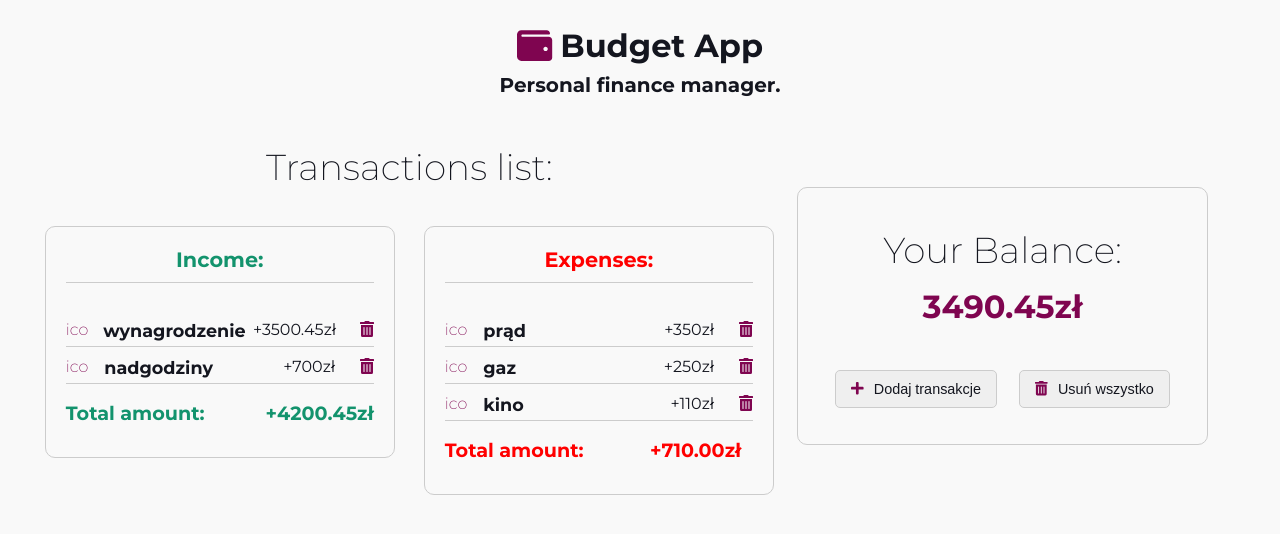
Repository: KrzysKolo/sr_tydzien4_zad4
Page: /
An editor plug-in stored every save of this project. The page is shown before and after the next save, followed by the edit.
The browser window is 1280 px wide. The pictures show the whole page.
Some web libraries are served in a nearby version. The project was rebuilt for these pictures with package versions that can differ from the ones it lists, and the page was loaded fresh each time. Also part of the build but not shown: src/components/budgetComponents/sectionComponents/Cat.js, src/components/budgetComponents/formComponents/Header.js, src/components/budgetComponents/formComponents/ErrorMessage.js, src/components/budgetComponents/formComponents/Input.js, src/components/budgetComponents/formComponents/Select.js.

Above is the page before, as saved 2020-12-10 11:54:19.

### public/index.html
<!DOCTYPE html>
<html lang="en">
  <head>
    <meta charset="utf-8" />
    <link rel="icon" href="%PUBLIC_URL%/favicon.ico" />
    <meta name="viewport" content="width=device-width, initial-scale=1" />
    <meta name="theme-color" content="#000000" />
    <meta
      name="description"
      content="Web site created using create-react-app"
    />
    <link rel="apple-touch-icon" href="%PUBLIC_URL%/logo192.png" />
    <!--
      manifest.json provides metadata used when your web app is installed on a
      user's mobile device or desktop. See https://developers.google.com/web/fundamentals/web-app-manifest/
    -->
    <link rel="manifest" href="%PUBLIC_URL%/manifest.json" />
    <!--
      Notice the use of %PUBLIC_URL% in the tags above.
      It will be replaced with the URL of the `public` folder during the build.
      Only files inside the `public` folder can be referenced from the HTML.

      Unlike "/favicon.ico" or "favicon.ico", "%PUBLIC_URL%/favicon.ico" will
      work correctly both with client-side routing and a non-root public URL.
      Learn how to configure a non-root public URL by running `npm run build`.
    -->
    <link
      href="https://fonts.googleapis.com/css?family=Montserrat:200,400,700&display=swap&subset=latin-ext"
      rel="stylesheet"
    />
    <script
      src="https://kit.fontawesome.com/327a0d490c.js"
      crossorigin="anonymous"
    ></script>
    <title>Budget</title>
  </head>
  <body>
    <noscript>You need to enable JavaScript to run this app.</noscript>
    <div id="root"></div>
    <!--
      This HTML file is a template.
      If you open it directly in the browser, you will see an empty page.

      You can add webfonts, meta tags, or analytics to this file.
      The build step will place the bundled scripts into the <body> tag.

      To begin the development, run `npm start` or `yarn start`.
      To create a production bundle, use `npm run build` or `yarn build`.
    -->
  </body>
</html>

### src/App.js
import React from 'react';
import Budget from './components/Budget'

const App = () => {
  return (
    <>
      <Budget/>
    </>
  )
}

export default App;

### src/components/Budget.js
import React, { useContext } from 'react';
import Header from './budgetComponents/Header';
import Section from './budgetComponents/Section';
import SectionInfo from './budgetComponents/SectionInfo';
import H2 from './budgetComponents/sectionComponents/H2';
/* import ExpenseTransaction from './data/ExpenseTransaction';
import IncomeTransaction from './data/IcomeTransaction'; */
import {GlobalContextProvider, GlobalContext} from './context/GlobalState';
import styled, { createGlobalStyle } from 'styled-components';

const GlobalStyle = createGlobalStyle`
    * {
        padding: 0;
        margin: 0;
        box-sizing: border-box;
    }
    body {
        background-color: #f9f9f9;
        color: #14161f;
        font-family: "Montserrat", sans-serif;
        font-size: 16px;
        min-height: 100vh;
    }
    `;
const Container = styled.main`
    font-size: 1.5rem;
`;
const SectionContainer = styled.section`
    display: flex;
    flex-direction: row;
    justify-content: center;
    align-items: center;
`;
const SectionBudget = styled.section`
    display: flex;
    flex-direction: column;
    justify-content: center;
    align-items: center;
`;
const DivItems = styled.div`
    display: flex;
    flex-direction: row;
    justify-content: center;
    align-items: flex-start;

`;
const Budget = () => {
    const {incomeTransactions, expenseTransactions}=useContext(GlobalContext);
    const incomeAmounts = incomeTransactions.map(incomeTransaction => incomeTransaction.amount);
    const expenseAmounts = expenseTransactions.map(expenseTransaction => expenseTransaction.amount);
    const totalIncome = incomeAmounts.reduce((acc, item) => (acc+=item),0).toFixed(2);
    const totalExpense = expenseAmounts.reduce((acc, item) => (acc+=item),0).toFixed(2);
    const totalAmounte = totalIncome - totalExpense;

    return (
        <GlobalContextProvider>
            <GlobalStyle />
            <Container>
                <Header />
                <SectionContainer>
                    <SectionBudget>
                        <H2 title="Transactions list" />
                        <DivItems>
                            <Section title="Income" label="income" data={incomeTransactions} total={totalIncome}/>
                            <Section title="Expenses" data={expenseTransactions} total={totalExpense} />
                        </DivItems>
                    </SectionBudget>
                    <SectionInfo title="Your Balance" total={totalAmounte} />
                </SectionContainer>
            </Container>
        </GlobalContextProvider>
    )
}

export default Budget;

### src/components/budgetComponents/Header.js
import React from 'react';
import styled from 'styled-components';
import { FontAwesomeIcon } from '@fortawesome/react-fontawesome';
import { faWallet } from '@fortawesome/free-solid-svg-icons';

const SectionHeader = styled.header`
    align-items: center;
    color: rgb(127, 5, 80);
    display: flex;
    font-size: 2.2rem;
    flex-direction: column;
    justify-content: center;
    padding: 2%;
`;
const DivHeader = styled.div`
    align-items: center;
    display: flex;
    flex-direction: row;
    justify-content: center;
    margin-bottom: 0.5rem;
`;
const H1Header = styled.h1`
    color: #14161f;
    font-size: 2rem;
    margin-left: .5rem;
`;
const H2Header = styled.h2`
    color: #14161f;
    font-size: 1.25rem;
`;
const Header = () => {
    return (
        <SectionHeader>
            <DivHeader>
                <FontAwesomeIcon icon={faWallet}/>
                <H1Header>Budget App</H1Header>
            </DivHeader>
            <H2Header>Personal finance manager.</H2Header>
        </SectionHeader>
    )
}

export default Header;

### src/components/budgetComponents/Section.js
import React, { useContext } from 'react';
import { GlobalContext } from '../context/GlobalState';
import { H1, DivData }from './sectionComponents/index';

import styled from 'styled-components';

const SectionWrapper = styled.section`
    border: 1px solid #ccc;
    border-radius: 10px;
    display: flex;
    flex-direction: column;
    font-size: 1.3rem;
    justify-content: center;
    align-items: center;
    margin: 2%;
    padding: 20px;
    min-width: 350px;
    width: 50%;
`;
const Section = ({ title, label, data, total }) => {
    const {deleteTransaction} = useContext(GlobalContext);
   return (
        <SectionWrapper>
           <H1 title={title} label={label} />
           <DivData data={data} label={label} total={total} onClick={deleteTransaction} />
        </SectionWrapper>
    )
}

export default Section;

### src/components/budgetComponents/SectionInfo.js
import React, { useState } from 'react';
import { H2, P } from './sectionComponents/index';
import Form from './Form';
import Button from './../budgetComponents/buttons/Button';
import styled from 'styled-components';
import { faPlus,  faTrashAlt } from '@fortawesome/free-solid-svg-icons';
const SectionWrapper = styled.section`
    border: 1px solid #ccc;
    border-radius: 10px;
    display: flex;
    flex-direction: column;
    margin: 2vw;
    padding: 2%;
`;
const ButtonWrapper = styled.div`
    display: flex;
    flex-direction: row;
`;

const SectionInfo = ({ title, total }) => {
    const [showForm, setShowForm] = useState(false);
    const openForm = () =>{
        setShowForm(prev => !prev);
  };
    return (
        <>
        <SectionWrapper>
           <H2 title={title}> </H2>
           <P total={total} />
           <ButtonWrapper>
                <Button onClick={openForm} title="Dodaj transakcje" icons={faPlus} />
                <Button title="Usuń wszystko" icons={faTrashAlt} type="submit"/>
           </ButtonWrapper>

        </SectionWrapper>
        <Form showForm={showForm} setShowForm={setShowForm} />
        </>
    )
}

export default SectionInfo;

### src/components/budgetComponents/sectionComponents/H2.js
import React from 'react'
import styled from 'styled-components';

const TitleH2 = styled.h2`
    font-weight: 200;
    margin: 2% auto;
    padding: 0.5rem;
`;

const H2 = ({title}) => {
    return (
        <TitleH2>
            {title}:
        </TitleH2>
    )
}

export default H2;

### src/components/context/GlobalState.js
import React, {createContext, useReducer} from 'react';
import AppReducer from './AppReducer';
const initialState = {
    incomeTransactions: [
        { id: 0, category: 0, name: "wynagrodzenie", amount: 3500.45},
        { id: 1, category: 0, name: "nadgodziny", amount: 700},
    ],
    expenseTransactions: [
        { id: 0, category: 1, name: "prąd", amount: 350},
        { id: 1, category: 1, name: "gaz", amount: 250},
        { id: 3, category: 4, name: "kino", amount: 110},
    ],
};
export const GlobalContext = createContext(initialState);
export const GlobalContextProvider = ({children}) => {
    const [state, dispatch] = useReducer(AppReducer, initialState);

    const addIncome = incomeTransaction => {
        dispatch({
            type: "ADD_INCOME",
            payload: incomeTransaction,
        });
    };
    const addExpense = expenseTransaction => {
        dispatch({
            type: "ADD_EXPENSE",
            payload: expenseTransaction,
        });
    };
    const deleteTransaction = id => {
        dispatch({
            type: "DELETE_TRANSACTION",
            payload: id,
          });
    };
    return (
        <GlobalContext.Provider value={{
            incomeTransactions: state.incomeTransactions,
            expenseTransactions: state.expenseTransactions,
            addIncome,
            addExpense,
            deleteTransaction,
        }}>
            {children}
        </GlobalContext.Provider>
    )
}

### src/components/budgetComponents/sectionComponents/index.js
export { default as H1 } from './H1';
export { default as H2 } from './H2';
export { default as P } from './P';
export { default as DivData } from './DivData';

### src/components/budgetComponents/Form.js
import React, { useState, useContext } from 'react';
import { v4 as uuidv4 } from 'uuid';
import { GlobalContext } from '../context/GlobalState';
import { Header, Input, Select } from './formComponents/';
import Button from './buttons/Button';
import styled from 'styled-components';
import SelectOptions from './../data/SelectOptions';
import { faBusinessTime, faSave, faWindowClose } from '@fortawesome/free-solid-svg-icons';
import { useFormik } from 'formik';
import * as yup from 'yup';

const FormWrapper = styled.form`
    background-color: #f9f9f9;
    border: 4px double rgb(127, 5, 80);
    border-radius: 10px;
    box-shadow: 3px 3px 5px rgba(127, 5, 80, 0.5);
    color: rgb(127, 5, 80);
    position: fixed;
    display: flex;
    flex-direction: column;
    justify-content: center;
    align-items: center;
    padding: 10px;
    width: 20vw;
    min-width: 300px;
`;
const ButtonWrapper = styled.div`
    display: flex;
    flex-direction: row;
    justify-content: center;
    border-top: 1px solid rgba(127, 5, 80, 0.3);
    padding-top: 10px;
    margin-top: 1.4rem;
`;

const FormData = ({ showForm, setShowForm }) => {
    const { addTransactions} = useContext(GlobalContext);

    const initialValues  = {
        name: '',
        amount: '',
        category: -1,
    };
    const validationSchema = yup.object({
        name: yup.string().required("Required").min(3, "Musi być min 3 znaki").max(50,"Moze być max 50 znaków"),
        amount: yup.number().required("Required").min(1, "Musi być conajmniej 1 cyfra"),
        category: yup.number().required("Musi być wybrane").min(0, ).max(5),
    })
    const [transaction, setTransaction] = useState({initialValues});
    const onSubmit = (values, {resetForm}, {initialValues} ) => {
        console.log('Form data', values);
        setTransaction = ({
            id: uuidv4(),
            name: initialValues.name,
            amount: initialValues.amount*1,
            category: initialValues.category,
        });
        console.log(transaction);
        addTransactions(transaction);
        console.log("dodano do tablicy");
        resetForm();
    };

    const closeForm = () => {
        setShowForm(false);
    };

    const formik = useFormik({
        initialValues,
        validationSchema,
        onSubmit,
    });
    return (
        <>
        { showForm &&
        <FormWrapper onSubmit={formik.handleSubmit}>
            <Header icons={faBusinessTime} title={"Dodaj transakcje!"} />
            <Input type="text" label="Nazwa transakcji" name="name" placeholder="nazwa transakcji..." onChange={formik.handleChange} value={formik.values.name} onBlur={formik.handleBlur} error={formik.errors.name} message={formik.errors.name} touched={formik.touched.name} />
            <Input type="text" label="Kwota transakcji" name="amount" placeholder="kwota..." onChange={formik.handleChange} value={formik.values.amount} onBlur={formik.handleBlur} error={formik.errors.amount} message={formik.errors.amount} touched={formik.touched.amount}/>
            <Select options={SelectOptions} label="Wybierz kategorię transakcji" name="category" onChange={formik.handleChange} value={formik.values.category} onBlur={formik.handleBlur} error={formik.errors.category} message={formik.errors.category} touched={formik.touched.category}/>
            <ButtonWrapper>
                <Button type="submit" title="Zapisz" icons={faSave} />
                <Button title="Anuluj" icons={faWindowClose} type="cancel" onClick={closeForm} />
            </ButtonWrapper>
        </FormWrapper>
        }
        </>
    )
}

export default FormData;

### src/components/budgetComponents/buttons/Button.js
import React from 'react';
import styled from 'styled-components';
import { FontAwesomeIcon } from '@fortawesome/react-fontawesome';

const ButtonDiv = styled.button`
    border: 1px solid #ccc;
    border-radius: 5px;
    margin: 0.7rem;
    padding: 10px 15px;
    display: flex;
    flex-direction: row;
    align-items: center;
    color: rgb(127, 5, 80);
    font-size: 0.9rem;
    cursor: pointer;
    transition: 0.3s ease-in-out;
    &:hover {
        border: 1px solid rgba(127, 5, 80, 0.4);
        background-color:  #f9f9f9;
        color: rgba(127, 5, 80, 0.5);
    }
`;
const ButtonTitleDiv = styled.div`
    margin-left: 10px;
    color: #14161f;
`;
const Button = ({ title, icons, onClick }) => {
    return (
        <ButtonDiv onClick={onClick}>
            <FontAwesomeIcon icon={icons} />
            <ButtonTitleDiv>{title}</ButtonTitleDiv>
        </ButtonDiv>
    )
}

export default Button;

### src/components/context/AppReducer.js
export default (state, action) => {
    switch (action.type) {
        case 'ADD_INCOME':
            return {
                ...state,
                incomeTransactions: [action.payload, ...state.incomeTransactions],
            }
        case 'ADD_EXPENSE':
            return {
                ...state,
                expenseTransactions: [action.payload, ...state.expenseTransactions],
            }
        case 'DELETE_TRANSACTION':
            return {
                ...state,
                incomeTransactions: state.incomeTransactions.filter(
                    incomeTransaction => incomeTransaction.id !== action.payload
                  ),
                  expenseTransactions: state.expenseTransactions.filter(
                    expenseTransaction => expenseTransaction.id !== action.payload
                  ),
            }
        default:
            return state
        }
      };

### src/components/budgetComponents/sectionComponents/H1.js
import React from 'react'
import styled from 'styled-components';

const TitleH1Styles = (label) => `
border-bottom: 1px solid #ccc;
color: ${label ? 'rgb(19, 147, 109)' : 'red'};
margin-bottom: 2rem;
padding-bottom: 10px;
display: block;
width: 100%;
text-align: center;
`;
const TitleH1 = styled.h1`
      ${props => TitleH1Styles(props.label)}
`;
const H1 = (props) => {
    const { title, label } = props;
    return (
        <TitleH1 label={label}>
            {title}:
        </TitleH1>
    )
}

export default H1;

### src/components/budgetComponents/sectionComponents/P.js
import React from 'react';
import styled from 'styled-components';

const InfoP = styled.p`
    color: rgb(127, 5, 80);
    font-size: 2rem;
    font-weight: bold;
    width: 100%auto;
    text-align: center;
    padding-bottom: 2rem;
`;

const P = ({total}) => {
    return (
        <InfoP>
            {total}zł
        </InfoP>
    )
}

export default P;

### src/components/budgetComponents/sectionComponents/DivData.js
import React, { useContext } from 'react';
import { GlobalContext } from '../../context/GlobalState';
import Cat from './Cat';
import { FontAwesomeIcon } from '@fortawesome/react-fontawesome';
import { faTrashAlt} from '@fortawesome/free-solid-svg-icons';
import { faMoneyBillWave, faCartArrowDown, faHamburger, faFilm, faSwimmer } from '@fortawesome/free-solid-svg-icons';

import styled from 'styled-components';

const Container = styled.div`
    width: 100%;
    display: flex;
    flex-direction: column;
    justify-content: flex-start;
    align-items: flex-start;
    align-content: flex-start;
`;
const DivWrapper = styled.div`
    display: grid;
    grid-template-columns: 0.5fr 2fr 1fr 0.5fr;
    width: 100%;
    margin: 5px 0;
    border-bottom: 1px solid #ccc;
    padding-bottom: 5px;
`;
const NameH3 = styled.h3`
    font-size: 1.1rem;
    font-weight: 600;
    text-align: left;
`;
const AmountSpan = styled.span`
    font-size: 1rem;
    text-align: right;
`;
const FontAwsomeP = styled.p`
    font-size: 1rem;
    font-weight: 300;
    text-align: right;
    color: rgb(127, 5, 80);
    cursor: pointer;
    transition: 0.3s ease-in-out;
    &:hover{
        transform: scale(0.9);
        color: rgba(127, 5, 80, 0.8);
    }
`;
const TotalAmountDivStyles = (label) => `
    color: ${label ? 'rgb(19, 147, 109)' : 'red'};
    font-size: 1.2rem;
    font-weight: 800;
    margin: 4% auto;
    width: 100%;
`;
const TotalAmountDiv = styled.div`
    display: grid;
    grid-template-columns: 2fr 1fr;
    ${props => TotalAmountDivStyles(props.label)}
`;
const AmountP = styled.p`
    text-align: right;
    margin-right: 20%;
`;
const IcoP = styled.p`
    font-size: 1rem;
    font-weight: 300;
    text-align: left;
    color: rgb(127, 5, 80);
`;


const DivData = ({data, label, total, onClick}) => {
    const sign = data.category > 0 ? '-' : '+';
    return (
        <Container>
            {data.map(item => (
                <DivWrapper key={item.id}>
                    <IcoP>ico</IcoP>
                    <NameH3>{item.name}</NameH3>
                    <AmountSpan>{sign}{item.amount}zł</AmountSpan>
                    <FontAwsomeP ><FontAwesomeIcon icon={faTrashAlt}/></FontAwsomeP>
                </DivWrapper>)) }
                <TotalAmountDiv label={label}><p>Total amount:</p>  <AmountP>{sign}{total}zł</AmountP></TotalAmountDiv>
        </Container>
    )
}

export default DivData;

### src/components/budgetComponents/formComponents/index.js
export { default as Header } from './Header';
export { default as Input } from './Input';
export { default as ErrorMessage } from './ErrorMessage';
export { default as Select } from './Select';

### src/components/data/SelectOptions.js
const SelectOptions=[
    { id: -1, value: "-1", label:"", title: 'Select...' },
    { id: 0, value: "0", label:"[+]", title: 'Przychód' },
    { id: 1, value: "1", label:"[-]", title: 'Rachunki' },
    { id: 2, value: "2", label:"[-]", title: 'Sport' },
    { id: 3, value: "3", label:"[-]", title: 'Wyżywienie' },
    { id: 4, value: "4", label:"[-]", title: 'Kultura' },
    { id: 5, value: "5", label:"[-]", title: 'Wypoczynek' },
];
export default SelectOptions;

Loaded but not shown: src/index.js (common file); src/index.css (common file)

After the next save:
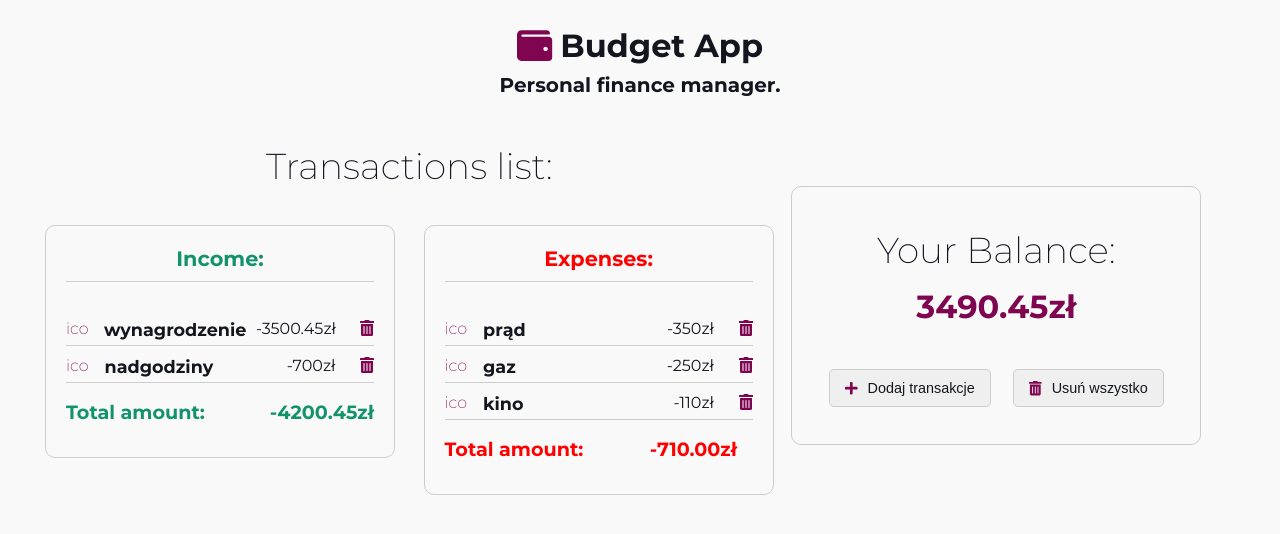
Saved 88 s later.
--- a/src/components/budgetComponents/sectionComponents/DivData.js
+++ b/src/components/budgetComponents/sectionComponents/DivData.js
@@ -69,7 +69,7 @@ const IcoP = styled.p`
 
 
 const DivData = ({data, label, total, onClick}) => {
-    const sign = data.category > 0 ? '-' : '+';
+    const sign = data.category > 0 ? '+' : '-';
     return (
         <Container>
             {data.map(item => (
